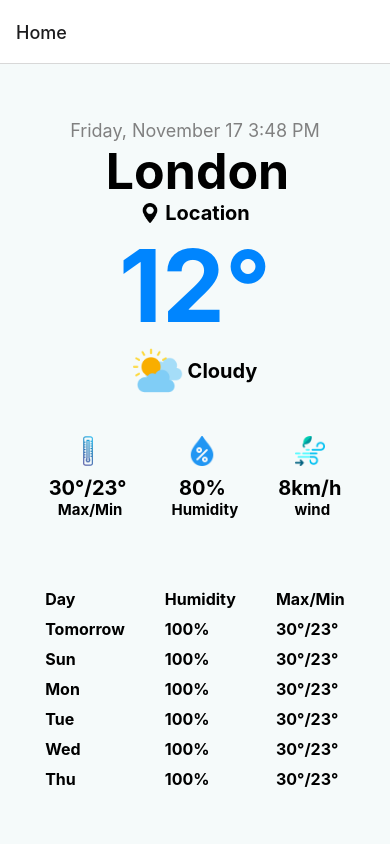
Repository: praveen080/react-native-weatherAppV1
Screen: /
The author's editor kept a copy of each file at every save. The screen is drawn from the files as they stood at one save, then again after the next save.
The app was drawn by React Native's web renderer in a window 390 px wide. The project was rebuilt for these pictures with package versions that can differ from the ones it lists, and the page was loaded fresh each time. Also part of the build but not shown: Screens/startUp.js.

Above is the screen before, as saved 2023-11-17 17:26:56.

### App.js
import { StatusBar } from "expo-status-bar";
import { StyleSheet, Text, View } from "react-native";
import StartPage from "./Screens/startUp";
import Home from "./Screens/Home";

import { NavigationContainer } from "@react-navigation/native";
import { createStackNavigator } from "@react-navigation/stack";

const Stack = createStackNavigator();
export default function App() {
  return (
    <NavigationContainer>
      <Stack.Navigator initialRouteName="Home" >
        <Stack.Screen name="Home" component={Home} />
        <Stack.Screen name="Details" component={StartPage} />
      </Stack.Navigator>
    </NavigationContainer>
    // <View style={styles.container}>
    //   {/* <StartPage /> */}
    //   <Home />
    // </View>
  );
}

const styles = StyleSheet.create({
  container: {
    flex: 1,
    backgroundColor: "#ff f",
    alignItems: "center",
    justifyContent: "center",
  },
});

### Screens/Home.js
import React from "react";
import { View, Text, Image, TouchableOpacity, StyleSheet , SafeAreaView} from "react-native";

const Home = () => {
  const currentDate = new Date();

  const daysOfWeek = [];
  for (let i =2; i < 7; i++) {
    const nextDay = new Date(currentDate);
    nextDay.setDate(currentDate.getDate() + i);
    const dayOfWeek = nextDay.toLocaleDateString("en-US", { weekday: "long" });
 daysOfWeek.push(dayOfWeek);
  }

  const formattedDate = currentDate.toLocaleDateString("en-US", {
    weekday: "long",
    day: "numeric",
    month: "long",
  });

  const formattedTime = currentDate.toLocaleTimeString("en-US", {
    hour: "numeric",
    minute: "numeric",
    hour12: true,
  });
  return (
    <SafeAreaView style={styles.container}>
      <Text style={styles.dateTimeText}>
        {formattedDate} {formattedTime}
      </Text>
      <Text style={styles.location}>London</Text>
      <TouchableOpacity style={styles.locationContainer}>
        <Image source={require("./assets/location.png")} style={styles.icon} />
        <Text style={styles.locationText}>Location</Text>
      </TouchableOpacity>

      <View style={styles.numbersContainer}>
        <Text style={styles.number}>12°</Text>
      </View>

      <View style={styles.locationContainer}>
        <Image
          source={require("./assets/cloudy-day.png")}
          style={styles.iconS}
        />
        <Text style={styles.locationText}>Cloudy</Text>
      </View>

      <View style={styles}>
        <View style={styles.locationContainer1}>
          <View style={styles.card}>
            <Image source={require("./assets/cold.png")} style={styles.iconT} />
            <Text style={styles.cardText}>30°/23°</Text>
            <Text style={styles.locationText1}>Max/Min</Text>
          </View>
          <View style={styles.card}>
            <Image
              source={require("./assets/humidity.png")}
              style={styles.iconT}
            />
            <Text style={styles.cardText}>80%</Text>
            <Text style={styles.locationText1}>Humidity</Text>
          </View>
          <View style={styles.card}>
            <Image
              source={require("./assets/storm.png")}
              style={styles.iconT}
            />
            <Text style={styles.cardText}>8km/h</Text>
            <Text style={styles.locationText1}>wind</Text>
          </View>
        </View>
      </View>

      <View style={styles.cardFull2}>
        <View style={styles.locationContainer2}>
          <View style={styles.week}>
            <Text style={styles.day}>Day</Text>
            <Text style={styles.day}>Tomorrow</Text>
            {daysOfWeek.map((day, index) => (
              <Text key={index} style={styles.day}>
                {day.slice(0, 3)}
              </Text>
            ))}
          </View>
          <View>
            <Text style={styles.day}>Humidity</Text>
            <Text style={styles.day}>100%</Text>
            <Text style={styles.day}>100%</Text>
            <Text style={styles.day}>100%</Text>
            <Text style={styles.day}>100%</Text>
            <Text style={styles.day}>100%</Text>
            <Text style={styles.day}>100%</Text>
          </View>
          <View>
            <Text style={styles.day}>Max/Min</Text>
            <Text style={styles.day}>30°/23°</Text>
            <Text style={styles.day}>30°/23°</Text>
            <Text style={styles.day}>30°/23°</Text>
            <Text style={styles.day}>30°/23°</Text>
            <Text style={styles.day}>30°/23°</Text>
            <Text style={styles.day}>30°/23°</Text>
          </View>
        </View>
      </View>
    </SafeAreaView>
  );
};

export default Home;

export const styles = StyleSheet.create({
  container: {
    flex: 1,
    alignItems: "center",
    justifyContent: "center",
    backgroundColor: "#f5fafa",
  },
  locationContainer: {
    flexDirection: "row",
    alignItems: "center",
  },
  locationContainer1: {
    flexDirection: "row",
    alignItems: "center",
    // backgroundColor: "white",
    borderRadius: 50,
    margin: 20,
  },
  locationContainer2: {
    flexDirection: "row",
    alignItems: "center",
    // backgroundColor: "white",
    borderRadius: 50,
    margin: 10,
  },

  locationText: {
    fontSize: 20,
    marginLeft: 5,
    fontWeight: "bold",
  },
  locationText1: {
    fontSize: 15,
    marginLeft: 5,
    fontWeight: "bold",
    // color: "white",
  },
  location: {
    fontSize: 50,
    marginLeft: 5,
    fontWeight: "bold",
  },
  icon: {
    width: 20,
    height: 20,
  },
  iconS: {
    width: 50,
    height: 50,
  },
  iconT: {
    width: 30,
    height: 30,
    margin  : 10,
  },
  dateTimeText: {
    fontSize: 18,
    marginTop: 10,
    color: "grey",
  },
  numbersContainer: {
    flexDirection: "row",
    alignItems: "center",
    // marginTop: 20,
  },
  number: {
    fontSize: 100,
    // marginRight: 10,
    fontWeight: "bold",
    color: "#0085FE",
  },
  logo: {
    width: 100,
    height: 100,
    marginTop: 20,
  },
  card: {
    alignItems: "center",
    justifyContent: "center",
    margin: 10,
    marginRight: 20,
    marginLeft: 20,
  },
  cardText: {
    fontSize: 20,
    // color: "grey",
    fontWeight: "bold",
    // color: "white",
  },
  day: {
    fontSize: 16,
    // color: "grey",
    fontWeight: "bold",
    // color: "white",
    marginRight: 20,
    marginLeft: 20,
    marginTop: 10,
  },

  week: {
    fontSize: 16,
    color: "black",
    fontWeight: "bold",
    // color: "white",
  },
  cardFull: {
    borderRadius: 50,
    backgroundColor: "#0085FE",
    marginTop: 20,
    // color: "white",
  },
  cardFull2: {
    borderRadius: 20,
    // backgroundColor: "white",
    marginRight: 20,
    marginLeft: 20,
    marginTop: 20,
    // color: "white",
  },
});

After the next save:
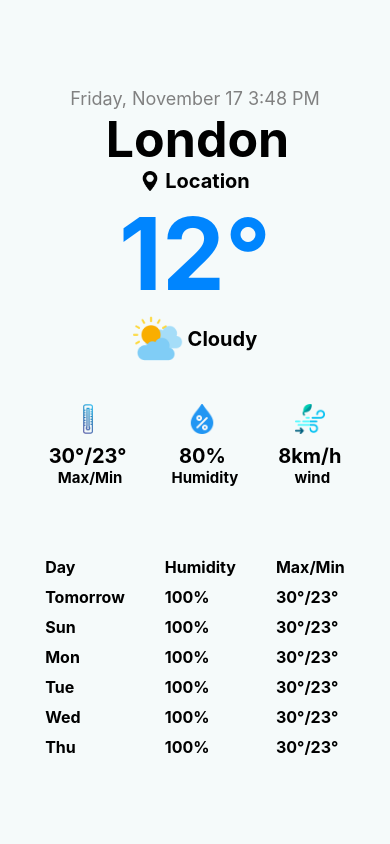
Saved 4 s later.
--- a/App.js
+++ b/App.js
@@ -10,8 +10,12 @@ const Stack = createStackNavigator();
 export default function App() {
   return (
     <NavigationContainer>
-      <Stack.Navigator initialRouteName="Home" >
-        <Stack.Screen name="Home" component={Home} />
+      <Stack.Navigator initialRouteName="Home">
+        <Stack.Screen
+          name="Home"
+          component={Home}
+          options={{ headerShown: false }}
+        />
         <Stack.Screen name="Details" component={StartPage} />
       </Stack.Navigator>
     </NavigationContainer>
